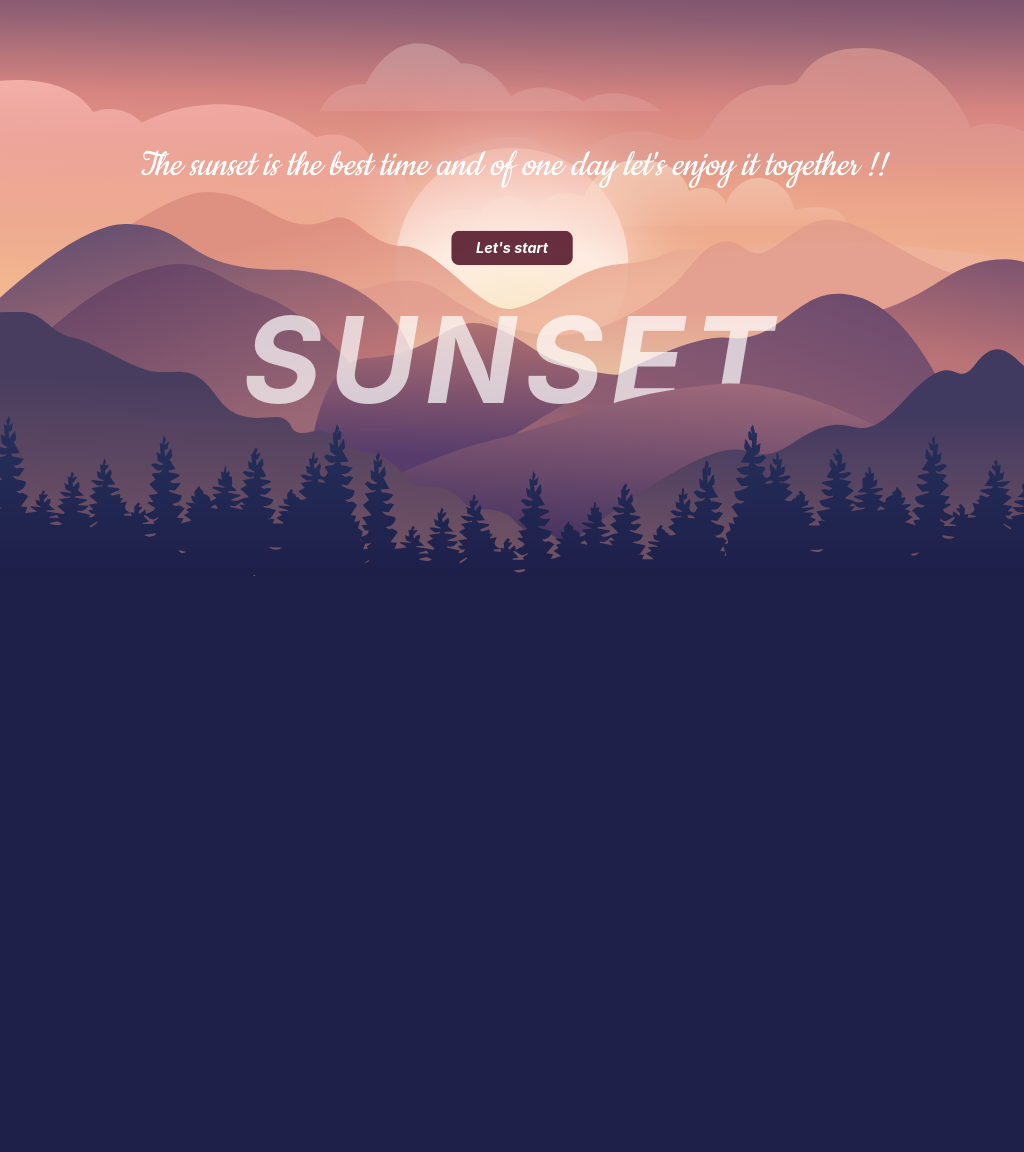
Repository: nambui98/parallax
Page: /
An editor plug-in stored every save of this project. The page is shown before and after the next save, followed by the edit.
The browser window is 1280 px wide. The pictures show the whole page, at 80% of full size.
The project was rebuilt for these pictures with package versions that can differ from the ones it lists, and the page was loaded fresh each time. Also part of the build but not shown: vite.config.ts.

Above is the page before, as saved 2022-03-24 14:31:24.

After the next save:
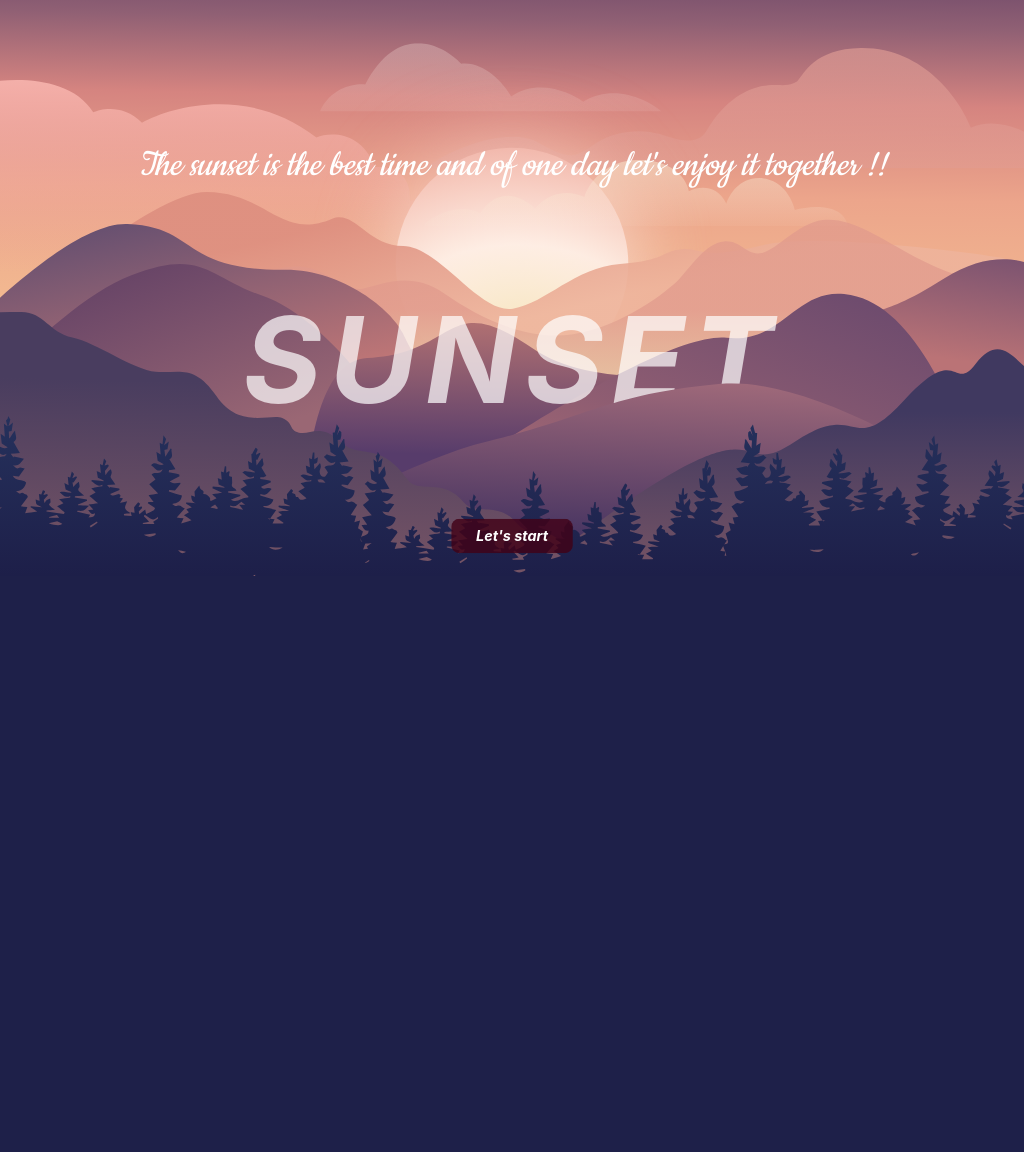
Saved 48 s later.
--- a/src/App.scss
+++ b/src/App.scss
@@ -10,13 +10,16 @@
   font-size: 62.5%;
   box-sizing: border-box;
 }
+.main{
+  perspective: 1000px;
+
+}
 .banner{
   background: linear-gradient(181.12deg, #6D4869 -4.47%, #906074 5.09%, #D58480 18.15%, #ECA58B 34.03%, #F8C995 69.69%);
   height: 100vh;
   position: relative;
   z-index: -1;
   overflow: hidden;
-  perspective: 1000px;
   h3{
     position: absolute;
     top: 18rem;

After the save that followed:
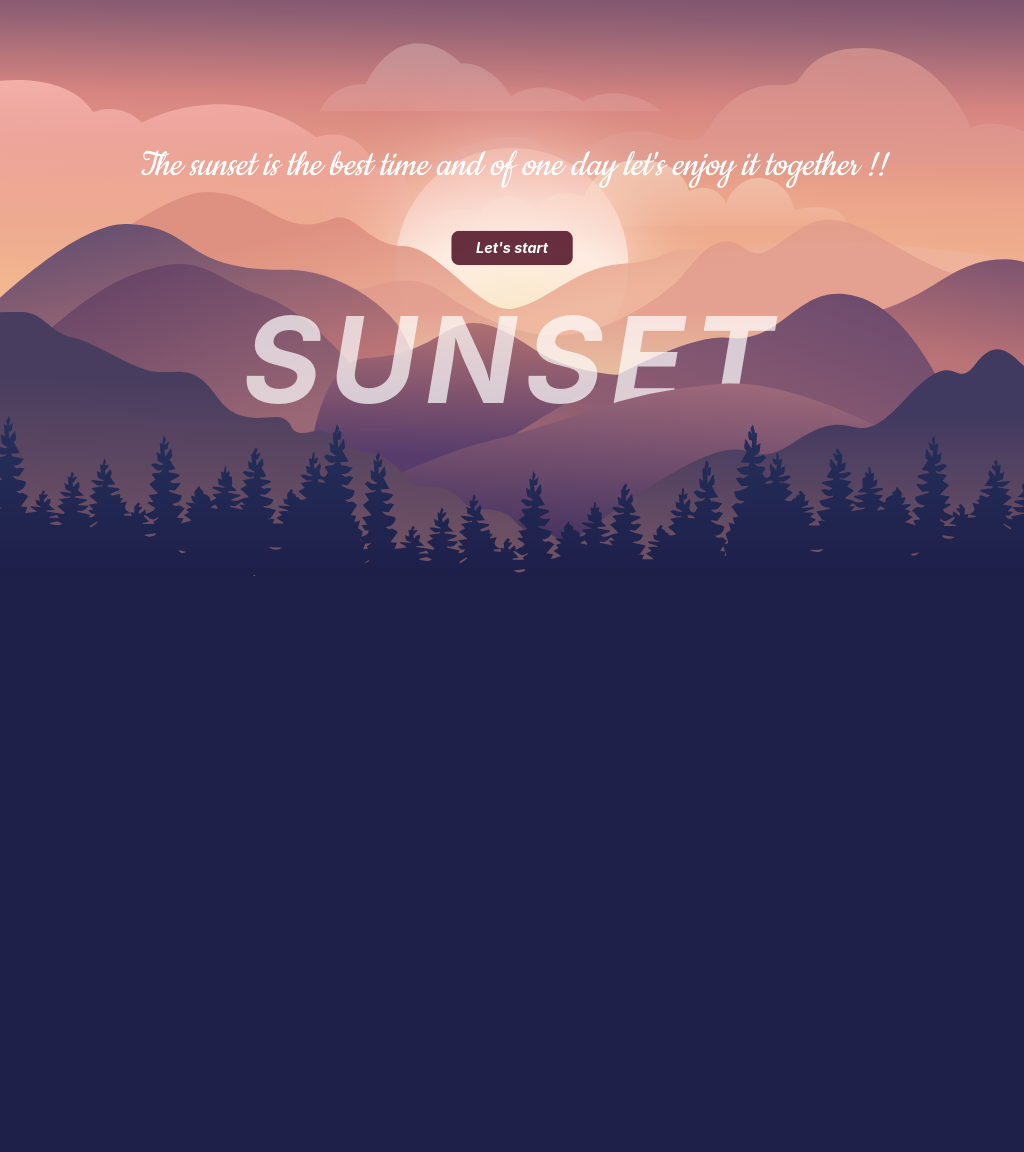
Saved 10 s later.
--- a/src/App.scss
+++ b/src/App.scss
@@ -11,7 +11,7 @@
   box-sizing: border-box;
 }
 .main{
-  perspective: 1000px;
+  // perspective: 1000px;
 
 }
 .banner{
